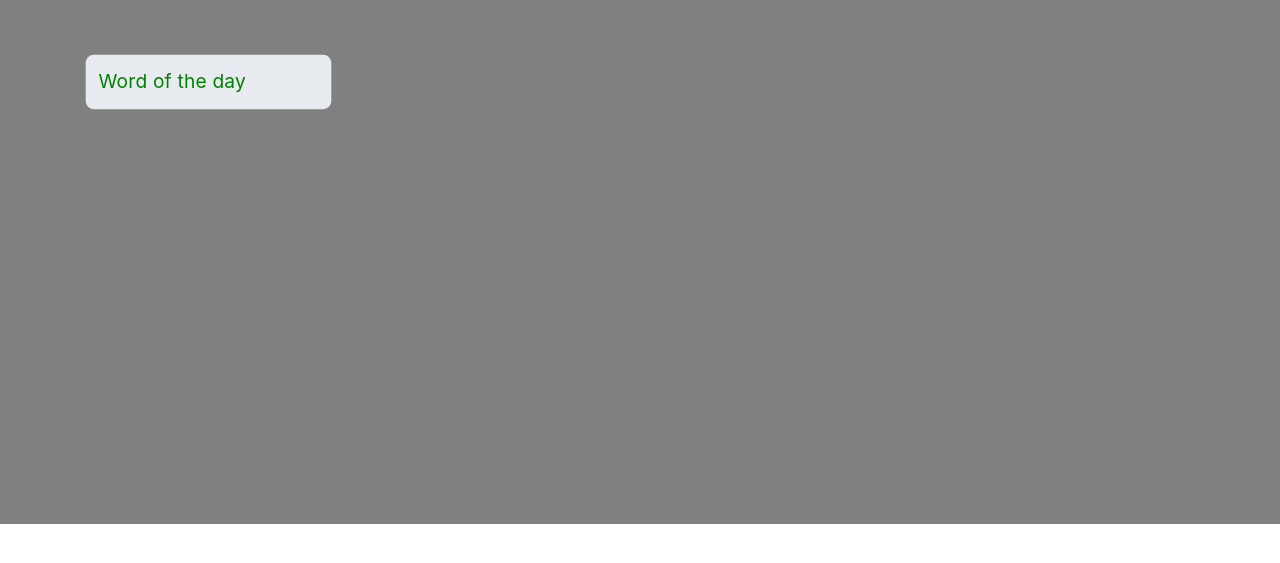
Repository: roistyx/react
Page: /components (app in layouts-app/)
An editor plug-in stored every save of this project. The page is shown before and after the next save, followed by the edit.
The browser window is 1280 px wide. The pictures show the whole page.
The project was rebuilt for these pictures with package versions that can differ from the ones it lists, and the page was loaded fresh each time. Also part of the build but not shown: layouts-app/src/layouts/Line.css, layouts-app/src/layouts/Line.js, layouts-app/src/elements/Btn.css, layouts-app/src/elements/Btn.js, layouts-app/src/elements/TextField.css, layouts-app/src/elements/TextField.js, layouts-app/src/layouts/Layouts.js.

Above is the page before, as saved 2023-05-03 10:53:12.

After the next save:
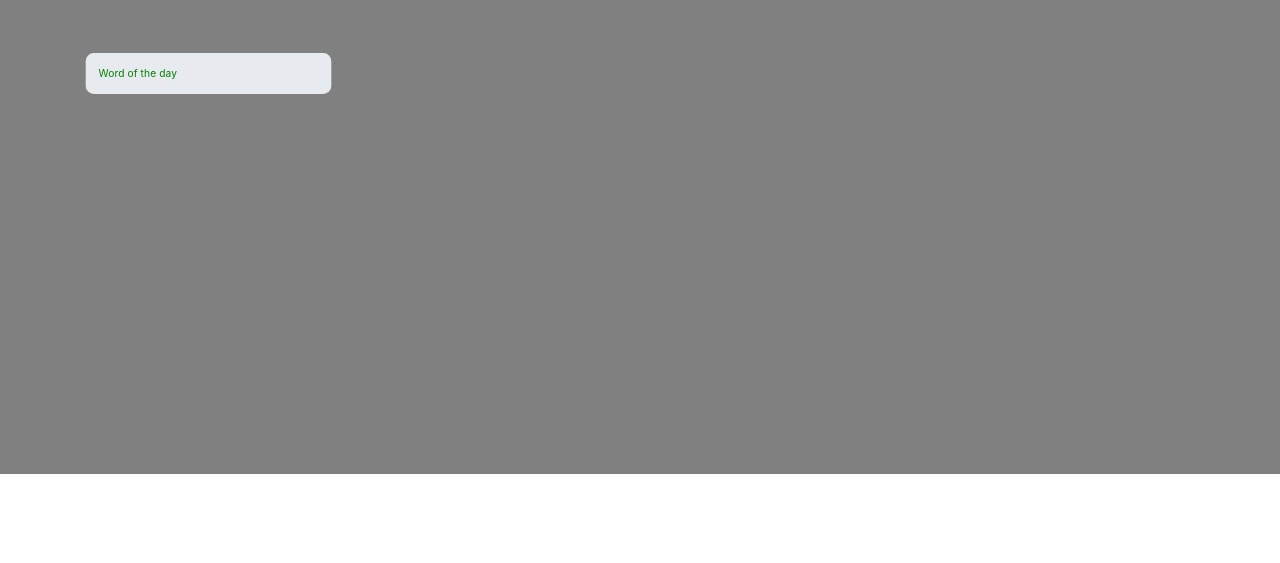
Saved 16 s later.
--- a/layouts-app/src/components/Cards/BasicCard.js
+++ b/layouts-app/src/components/Cards/BasicCard.js
@@ -24,7 +24,7 @@ const BasicCard = ({
 			<span className="BasicCard" style={style}>
 				<Typography
 					FontFamily="Roboto"
-					fontSize="1.5rem"
+					fontSize="0.8rem"
 					fontColor="green"
 					fontWeight="light"
 					lineHeight="1.5"
